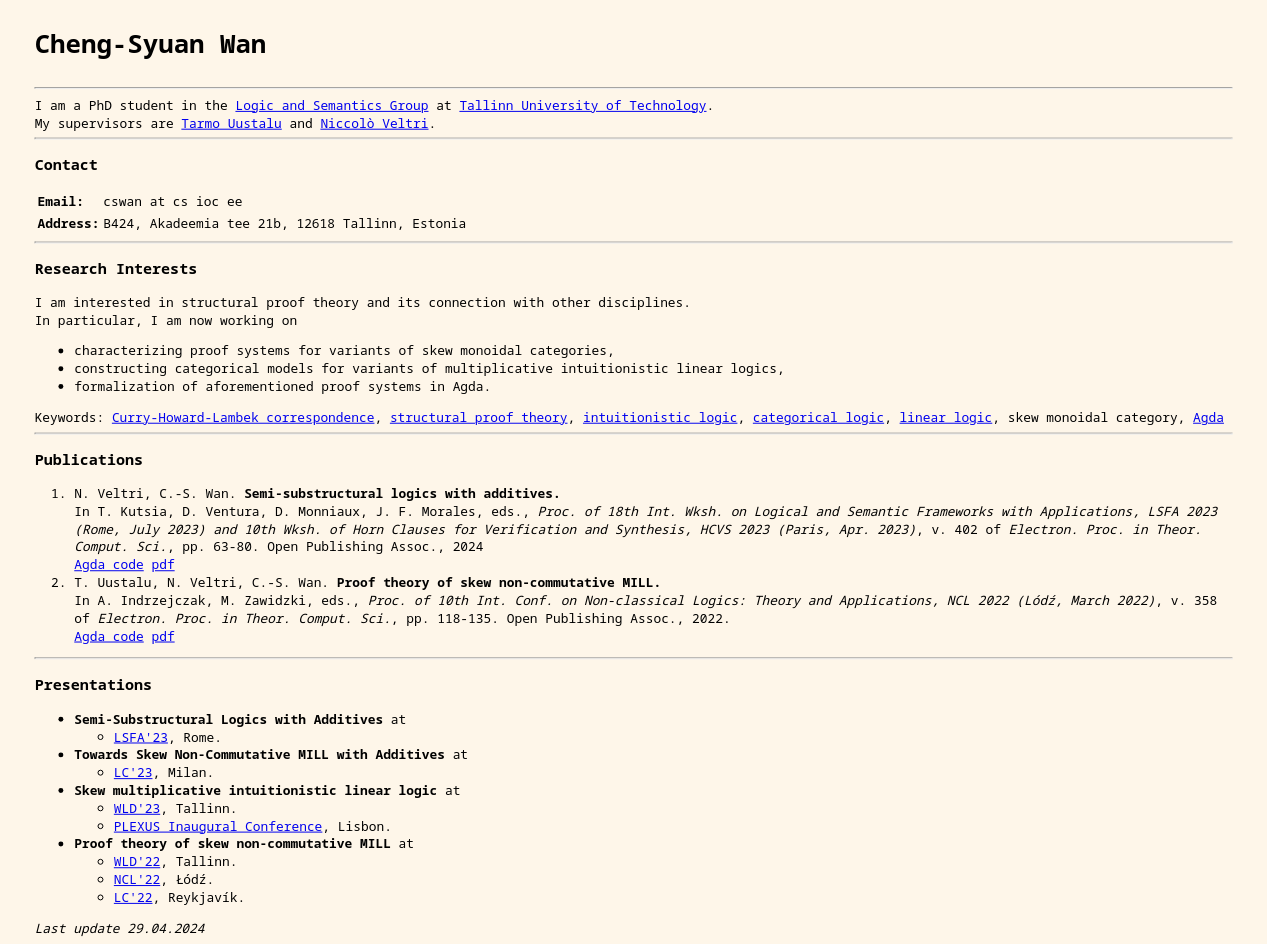
Repository: cswphilo/cswphilo.github.io
Page: index.html
The author's editor kept a copy of each file at every save. The page is drawn from the files as they stood at one save, then again after the next save.
The browser window is 1280 px wide. The pictures show the whole page, at 99% of full size.

Above is the page before, as saved 2024-04-29 11:13:38.

### index.html
<!DOCTYPE html>

<head>
    <link rel="preconnect" href="https://fonts.googleapis.com">
    <link rel="preconnect" href="https://fonts.gstatic.com" crossorigin>
    <link href="https://fonts.googleapis.com/css2?family=Noto+Sans+Mono&display=swap" rel="stylesheet">
    <style type ="text/css">
        body {
            background-color: #fef6e9;
            font-family: 'Noto Sans Mono', 'Gill Sans', 'Gill Sans MT', Calibri, 'Trebuchet MS', sans-serif;
            font-size: small;
            margin-left: 35px;
            margin-right: 35px;
        }
        p {
            color:#000000;
        }
    </style>
    <title> Cheng-Syuan Wan </title>
</head>
<body>
    <div><h1><p>Cheng-Syuan Wan</p></h1>
        <!-- <img src="avatar.jpg" style="width:16%;height:16%; margin-left: 140px;"> -->
    </div>
    <hr/>
    <div>
        I am a PhD student in the <a href="https://cs.ioc.ee/lsg/">Logic and Semantics Group</a> at <a href="https://taltech.ee/en/">Tallinn University of Technology</a>.
        <br/>
        My supervisors are <a href="https://cs.ioc.ee/~tarmo/">Tarmo Uustalu</a> and <a href="https://niccoloveltri.github.io/">Niccolò Veltri</a>.
    </div>
    <hr/>
    <div>
        <h3>Contact</h3>
        <table>
            <tr>
                <td><b>Email: </b></td> <td> cswan at cs ioc ee </td>
            </tr>
            <tr>
                <td><b>Address: </b></td> <td>B424, Akadeemia tee 21b, 12618 Tallinn, Estonia</td>
            </tr>
        </table>
    </div>
    <hr/>
    <div>
        <h3>Research Interests</h3>
        I am interested in structural proof theory and its connection with other disciplines.
        <br/>
        In particular, I am now working on
        <ul>
            <li>characterizing proof systems for variants of skew monoidal categories, </li>
            <li>constructing categorical models for variants of multiplicative intuitionistic linear logics, </li>
            <li>formalization of aforementioned proof systems in Agda.</li>
        </ul>
Keywords: <a href="https://en.wikipedia.org/wiki/Curry%E2%80%93Howard_correspondence">Curry-Howard-Lambek correspondence</a>, <a href="https://plato.stanford.edu/entries/proof-theory/#NewLogiCalc">structural proof theory</a>, <a href="https://plato.stanford.edu/entries/logic-intuitionistic/">intuitionistic logic</a>, <a href="https://en.wikipedia.org/wiki/Categorical_logic">categorical logic</a>, <a href="https://plato.stanford.edu/entries/logic-linear/">linear logic</a>, skew monoidal category, <a href="https://agda.readthedocs.io/en/v2.6.2.2/getting-started/what-is-agda.html">Agda</a>
    </div>
    <hr/>
    <div>
        <h3>Publications</h3>
    <ol>
        <li>N. Veltri, C.-S. Wan. <b>Semi-substructural logics with additives.</b>
        <br />
            In T. Kutsia, D. Ventura, D. Monniaux, J. F. Morales, eds., <em>Proc. of 18th Int. Wksh. on Logical and Semantic Frameworks with Applications, LSFA 2023 (Rome, July 2023) and 10th Wksh. of Horn Clauses for Verification and Synthesis, HCVS 2023 (Paris, Apr. 2023)</em>, v. 402 of <em>Electron. Proc. in Theor. Comput. Sci.</em>, pp. 63-80. Open Publishing Assoc., 2024
        <br />
            <a href="https://github.com/cswphilo/SkewMonAdd">Agda code</a>
            <a href="https://cgi.cse.unsw.edu.au/~eptcs/paper.cgi?LSFA2023.8.pdf">pdf</a>
        </li>
        <li>T. Uustalu, N. Veltri, C.-S. Wan. <b>Proof theory of skew non-commutative MILL.</b>
        <br />
            In A. Indrzejczak, M. Zawidzki, eds., <em>Proc. of 10th Int. Conf. on Non-classical Logics: Theory and Applications, NCL 2022 (Lódź, March 2022)</em>, v. 358 of <em>Electron. Proc. in Theor. Comput. Sci.</em>, pp. 118-135. Open Publishing Assoc., 2022.
        <br />
            <a href="https://github.com/niccoloveltri/code-skewmonclosed">Agda code</a>
            <a href="https://cgi.cse.unsw.edu.au/~eptcs/paper.cgi?NCL2022.9.pdf">pdf</a>
        </li>
    </ol>
    </div>
    <hr/>
    <div>
        <h3 id="presentations">Presentations</h3>
        <ul>
           <li><b>Semi-Substructural Logics with Additives</b> at
                <ul>
                    <li><a href="https://sites.google.com/ufg.br/lsfa2023/">LSFA'23</a>, Rome. </li>
                </ul>
           <li><b>Towards Skew Non-Commutative MILL with Additives</b> at
            <ul>
                <li><a href="https://lc2023.unimi.it/">LC'23</a>, Milan. </li>
            </ul>
           <li><b>Skew multiplicative intuitionistic linear logic</b> at
            <ul>
                <li><a href="https://cs.ioc.ee/lsg/wld23/">WLD'23</a>, Tallinn. </li>
                <li><a href="https://cful.letras.ulisboa.pt/lancog/events/plexus-inaugural-conference-24-27-may-2023/">PLEXUS Inaugural Conference</a>, Lisbon. </li>
            </ul>
           </li>
           <li><b>Proof theory of skew non-commutative MILL</b> at
            <ul>
                <li><a href="https://cs.ioc.ee/lsg/wld22/">WLD'22</a>, Tallinn. </li>
                <li><a href="https://easychair.org/smart-program/NCL'22/">NCL'22</a>, Łódź. </li>
                <li><a href="http://icetcs.ru.is/lc2022/">LC'22</a>, Reykjavík. </li>
            </ul>
        </li>
        </ul>
    </div>
    <address>
        Last update 29.04.2024
    </address>
</body>

After the next save:
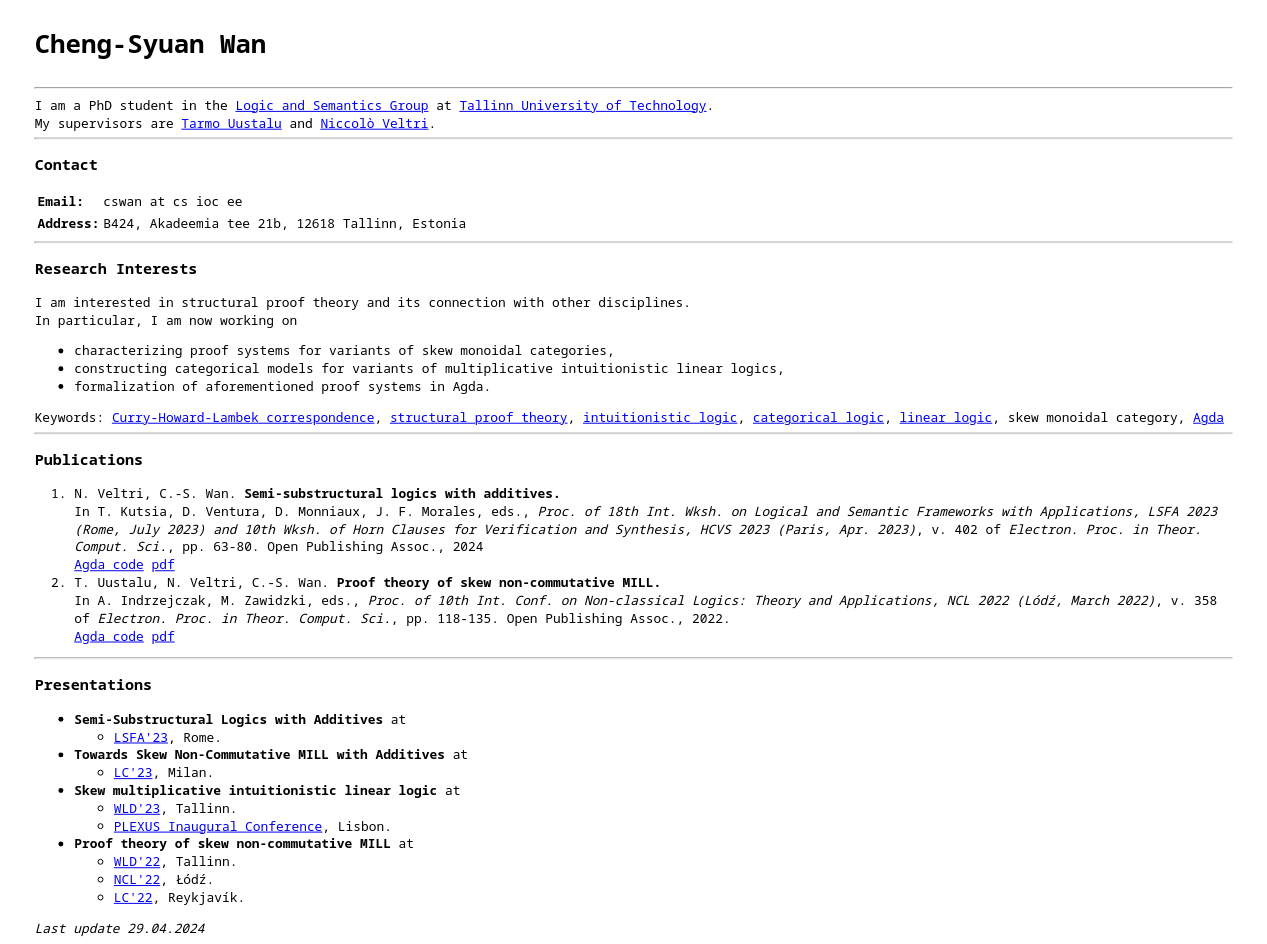
Saved 39 s later.
--- a/index.html
+++ b/index.html
@@ -6,7 +6,7 @@
     <link href="https://fonts.googleapis.com/css2?family=Noto+Sans+Mono&display=swap" rel="stylesheet">
     <style type ="text/css">
         body {
-            background-color: #fef6e9;
+            background-color: #ffffff;
             font-family: 'Noto Sans Mono', 'Gill Sans', 'Gill Sans MT', Calibri, 'Trebuchet MS', sans-serif;
             font-size: small;
             margin-left: 35px;
